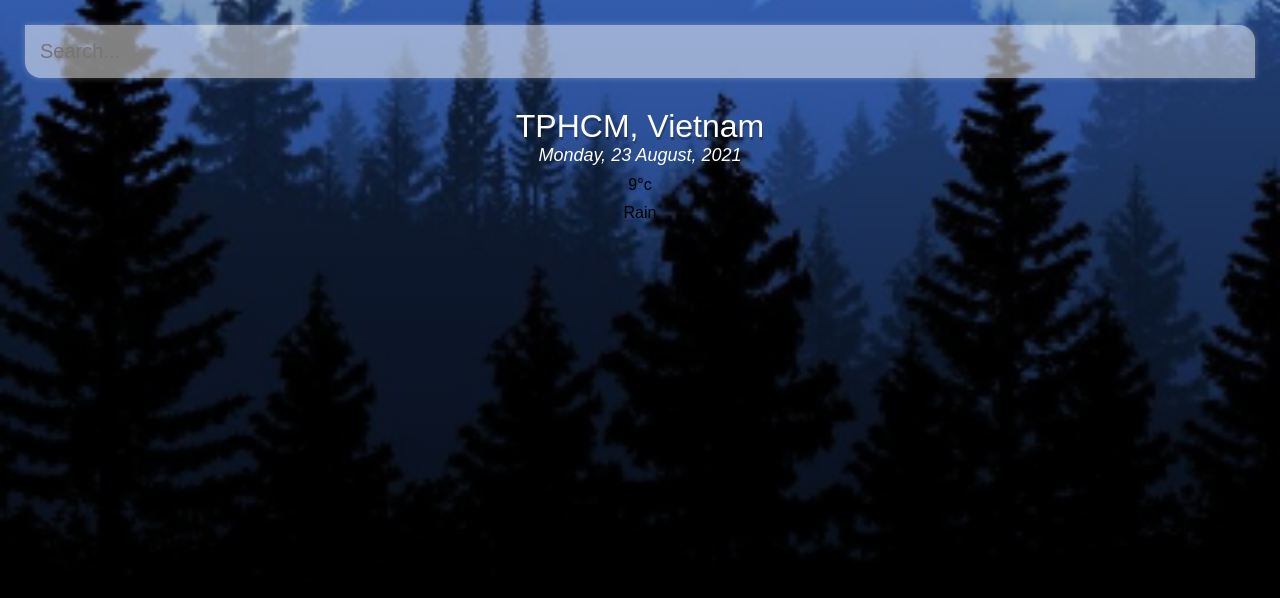
Repository: kate30980/weather-vuejs
Page: /
These files come from the project's save history. The page is drawn as it stood at one moment and after the next save; the edit follows.
The browser window is 1280 px wide. The pictures show the whole page.
The project was rebuilt for these pictures with package versions that can differ from the ones it lists, and the page was loaded fresh each time.

Above is the page before, as saved 2021-08-23 10:40:31.

### src/App.vue
<template>
  <div id="app">
    <main>
      <div class="search-box">
        <input type="text" class="search-bar" placeholder="Search...">
      </div>
      <div class="weather-wrap">
        <div class="location-box">
          <div class="location">TPHCM, Vietnam</div>
          <div class="date">Monday, 23 August, 2021</div>
        </div>

        <div class="weather-box">
          <div class="temp">9°c</div>
          <div class="weather">Rain</div>
        </div>
      </div>
    </main>
  </div>
</template>

<script>

export default {
  name: 'App',
  data(){
    return{
      api_key:'9a1ed7d1efa5000413ec6fc31687ab4c',
    }
  }
}
</script>

<style>
*{
  margin:0;
  padding:0;
  box-sizing: border-box;
}
body{
  font-family: 'montserrat', sans-serif;
}
#app{
  background-image: url('./assets/cold-bg.jpg');
  background-size: cover;
  background-position: bottom;
  transition: 0.4s;
}
main{
  min-height: 100vh;
  background-image: linear-gradient(to bottom, rgba(0,0,0,0.25), rgba(0,0,0,0.75));
  padding: 25px;
}
.search-box{
  width: 100%;
  margin-bottom: 30px;
}
.search-box .search-bar{
  display: block;
  width: 100%;
  padding:15px;
  color: #313131;
  font-size: 20px;

  appearance: none;
  border:none;
  outline: none;
  background:none;

  box-shadow: 0px 0px 6px rgba(255,255,255,0.25);
  background-color: rgba(255,255,255,0.5);
  border-radius: 0px 16px 0px 16px;
  transition: 0.4s
}
.search-box .search-bar:focus{
  box-shadow: 0px 0px 8px rgba(255,255,255,0.25);
  background-color: rgba(255,255,255,0.75);
  border-radius: 16px 0px 16px 0px;
}
.location-box .location{
  color: #fff;
  font-size: 32px;
  font-weight: 500;
  text-align: center;
  text-shadow: 1px 3px rgba(0,0,0,0.25);
}
.location-box .date{
  color: #fff;
  font-size: 18px;
  font-weight: 300;
  font-style: italic;
  text-align: center;
}
.weather-box{
  text-align: center;
}
.weather-box .temp{
  display: inline-block;
  padding: 10px 25px;
}
</style>

Loaded but not shown: public/index.html (common file); src/main.js (common file)

After the next save:
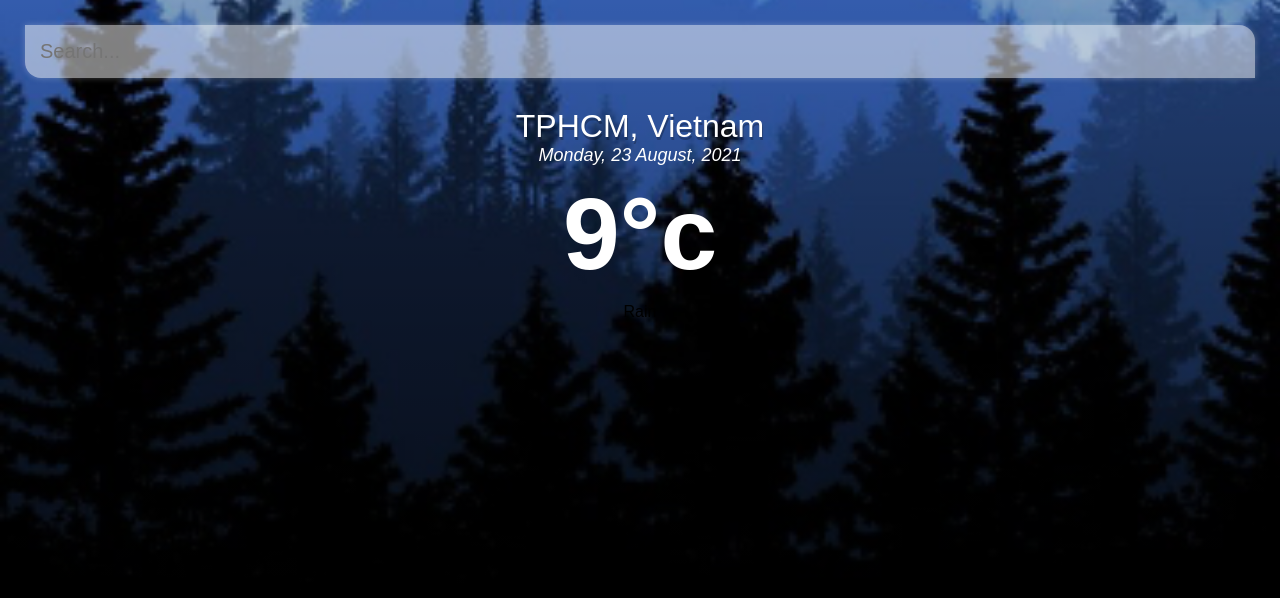
Saved 58 s later.
--- a/src/App.vue
+++ b/src/App.vue
@@ -97,5 +97,8 @@ main{
 .weather-box .temp{
   display: inline-block;
   padding: 10px 25px;
+  color: #fff;
+  font-size: 102px;
+  font-weight: 900;
 }
 </style>
